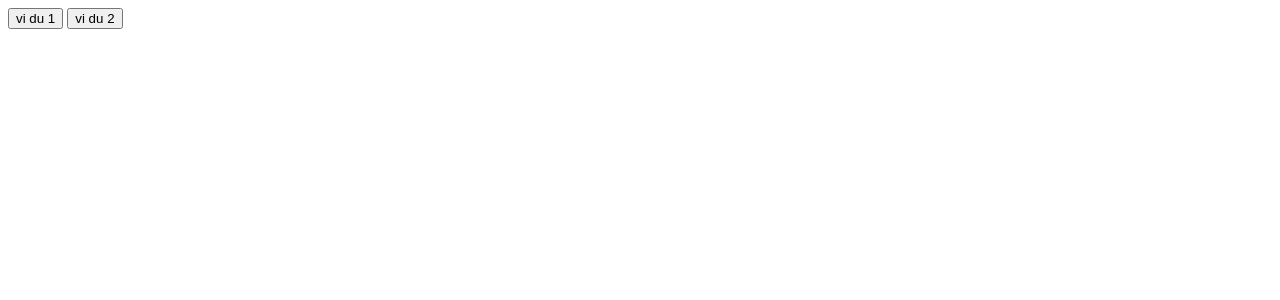
Repository: thanhp6868/ltWeb
Page: 1810/vidu/index.html
These files come from the project's save history. The page is drawn as it stood at one moment and after the next save; the edit follows.
The browser window is 1280 px wide. The pictures show the whole page.

Above is the page before, as saved 2023-10-18 14:01:07.

After the next save:
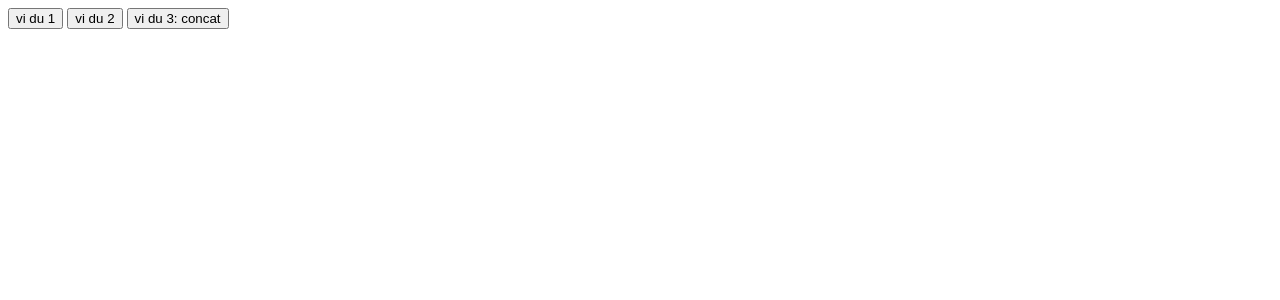
Saved 19 s later.
--- a/1810/vidu/index.html
+++ b/1810/vidu/index.html
@@ -9,5 +9,7 @@
 <body>
     <button onclick="arraytest()">vi du 1</button>
     <button onclick="arraytest2()">vi du 2</button>
+    <button onclick="concat_VD()">vi du 3: concat</button>
+
 </body>
 </html>
